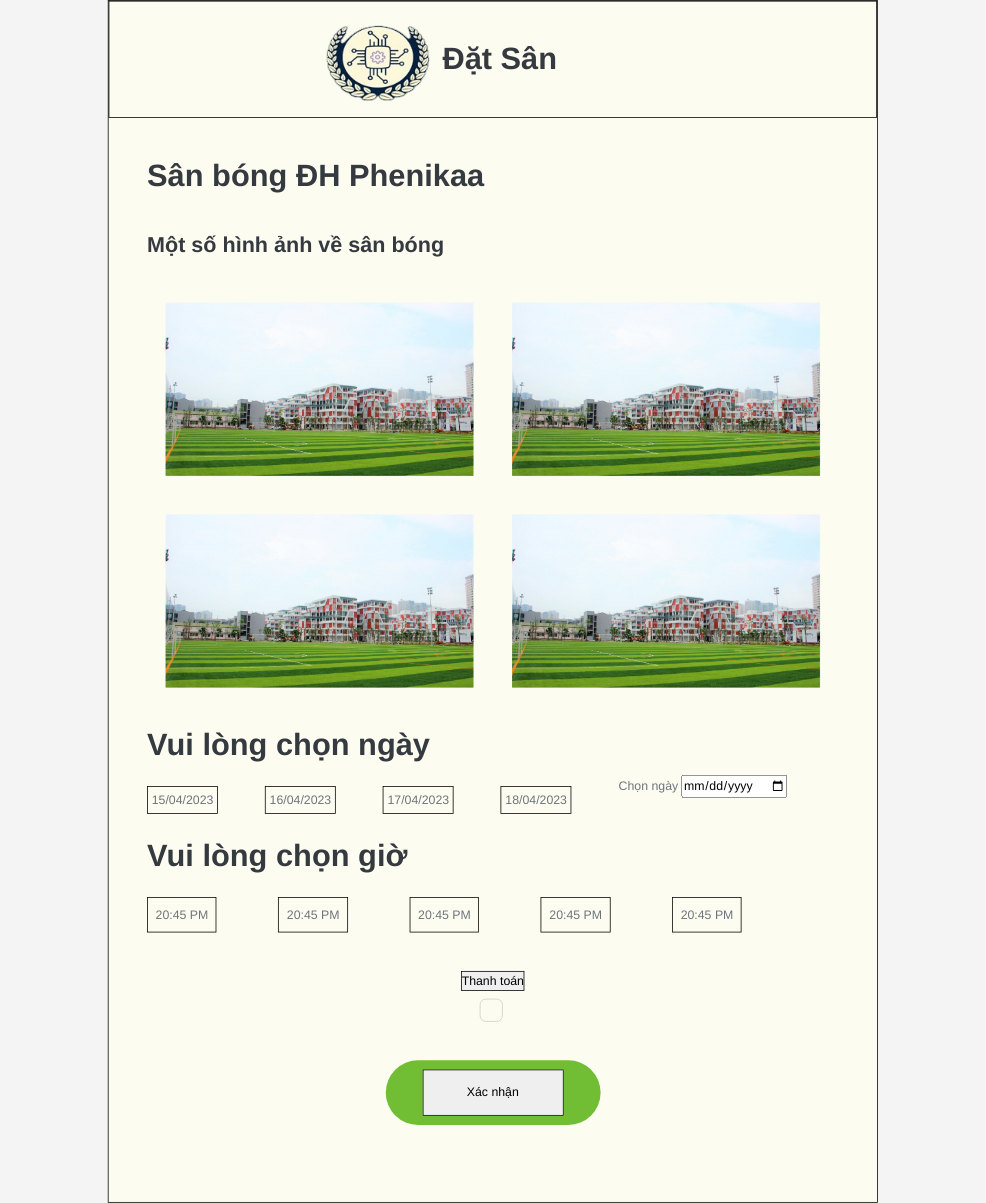
Repository: tus3300/BTL
Page: code/tacket.html
An editor plug-in stored every save of this project. The page is shown before and after a run of saves, followed by the edit.
The browser window is 1280 px wide. The pictures show the whole page, at 77% of full size.

Above is the page before, as saved 2023-05-20 23:58:30.

After the next 3 saves:
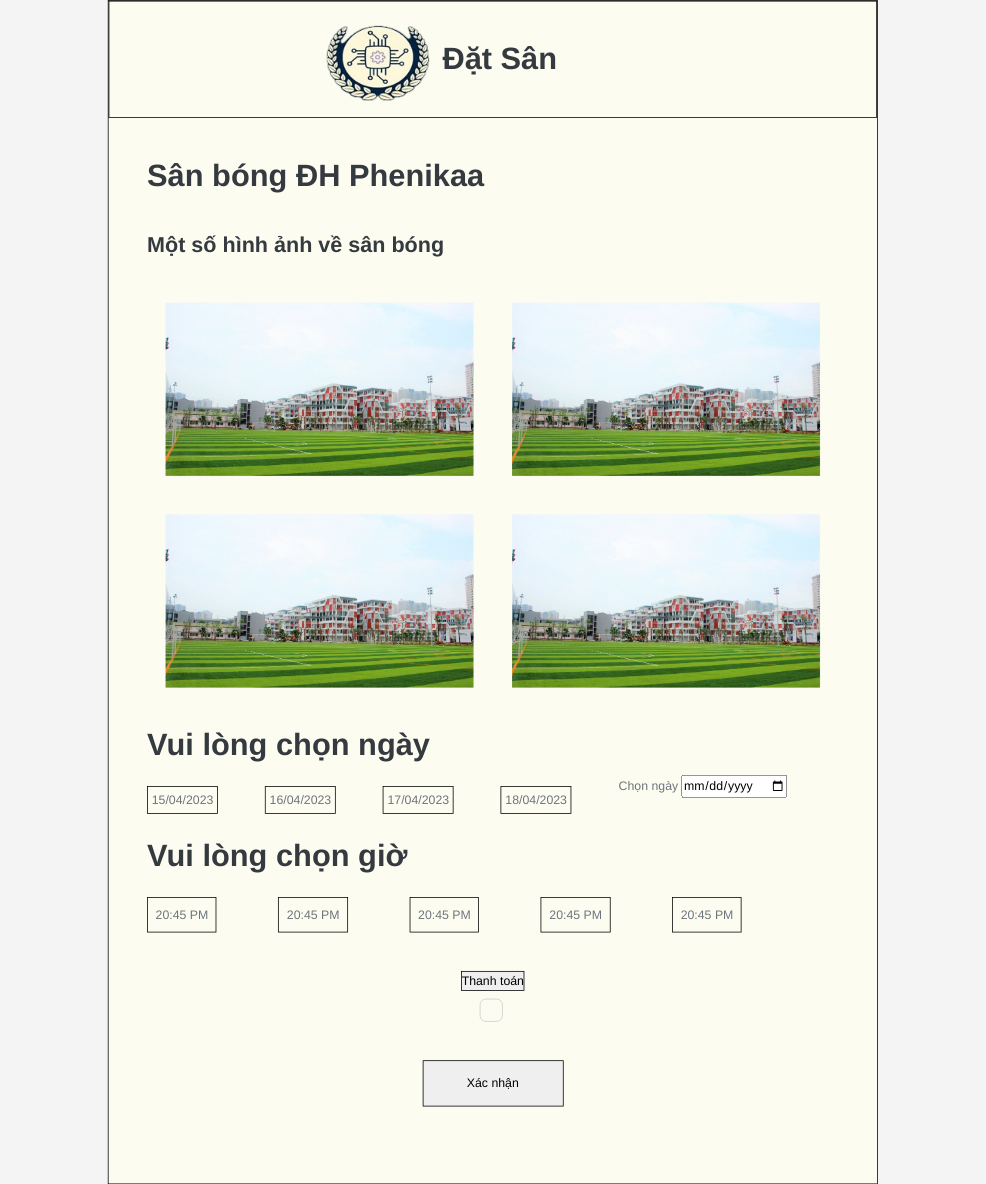
The 3 saves are shown as one change because they came seconds apart.
The last was saved 49 s later.
--- a/code/tacket.html
+++ b/code/tacket.html
@@ -141,7 +141,7 @@
             </label>
         </div>
         <div class="check-ticket">
-          <div onclick="showSuccessToast();" class="btn btn--success"><a href="" class=""><button>Xác nhận</button></a></div>
+          <a href="" class=""><button>Xác nhận</button></a>
         </div>
     </div>
 
